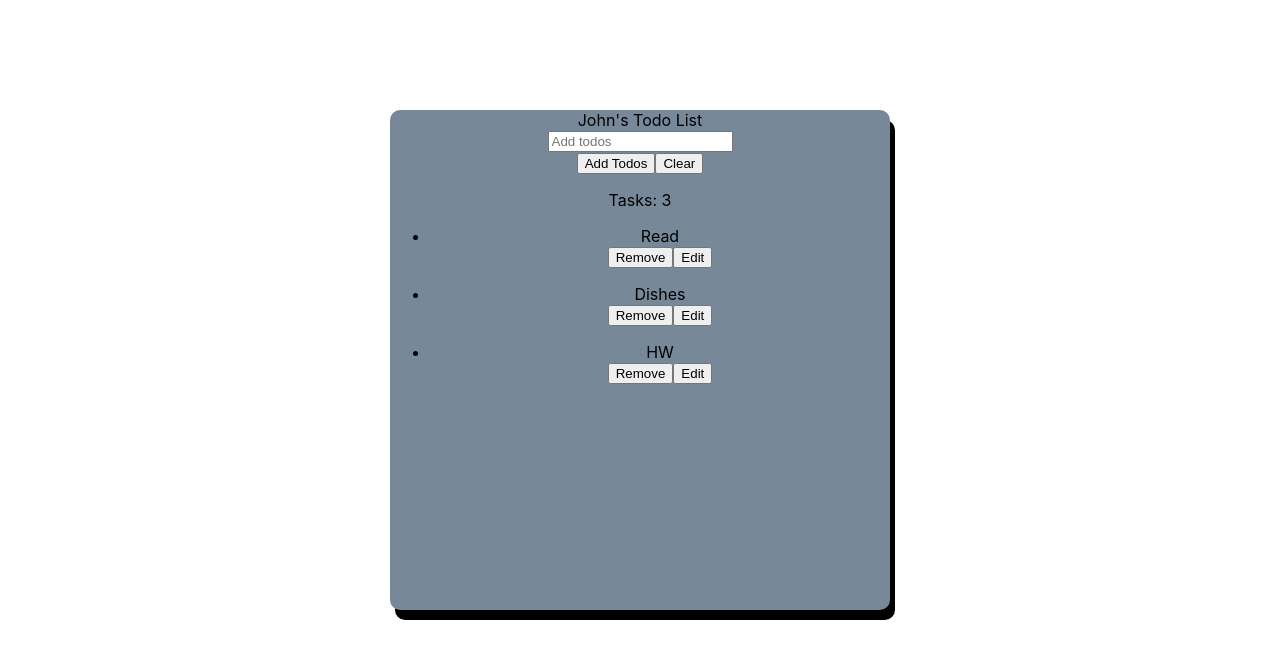
Repository: JohnKang0720/Simple-Todo-List
Page: /
An editor plug-in stored every save of this project. The page is shown before and after a run of saves, followed by the edit.
The browser window is 1280 px wide. The pictures show the whole page.
The project was rebuilt for these pictures with package versions that can differ from the ones it lists, and the page was loaded fresh each time.

Above is the page before, as saved 2021-05-27 18:40:50.

### src/App.js
import logo from './logo.svg';
import './App.css';
import TodoList from './TodoList'
import {taskContext} from './TodoList'
import React, {useContext, useState} from 'react'
import Todoform from './Todoform';


function App() {

  return (
    <TodoList >

    <div className="App">
     John's Todo List
   <Todoform />
    </div>
    </TodoList>

  );
}

export default App;

### src/App.css
.App {
  text-align: center;
}

.App-logo {
  height: 40vmin;
  pointer-events: none;
}

@media (prefers-reduced-motion: no-preference) {
  .App-logo {
    animation: App-logo-spin infinite 20s linear;
  }
}

.App-header {
  background-color: #282c34;
  min-height: 100vh;
  display: flex;
  flex-direction: column;
  align-items: center;
  justify-content: center;
  font-size: calc(10px + 2vmin);
  color: white;
}

.App-link {
  color: #61dafb;
}
body,html{
  width: 100%;
  height: 100%;
  display: flex;
  align-items: center;
  justify-content:center;
}
.App{
  background: lightslategray;
  width: 500px;
  height: 500px;
  position: relative;
  border-radius: 10px;
  box-shadow: 5px 10px;


}

@keyframes App-logo-spin {
  from {
    transform: rotate(0deg);
  }
  to {
    transform: rotate(360deg);
  }
}

### src/TodoList.js
import { DetectFacesTaskBase } from 'face-api.js'
import React, {useState, createContext} from 'react'
import Todoform from './Todoform'
import uuid from "uuid"

export const taskContext = createContext(null)
const TodoList = (props) => {

 const [input, setInput] = useState([
  {task: "Read", id: 0},
  {task: "Dishes", id: 1},
  {task: "HW", id: 2}
 ])

 function addTask(task){
setInput([...input, {task, id: 0 }  ])
 }
//  "task" along with the argument names the task off of e.target.value

function removeTask(id){
 setInput(input.filter(task => task.id !== id))
}
function clearTask(task){
   setInput([])
}

 return(
    <taskContext.Provider value = {{input, addTask, removeTask, clearTask}}>
    {props.children}
    </taskContext.Provider>
 )
}

export default TodoList

### src/Todoform.js
import React, {useContext, useState} from 'react'
import {taskContext} from './TodoList'
import List from './List'
import { DetectFacesTaskBase } from 'face-api.js'
function Todoform() {
    const {input, addTask, removeTask, clearTask} = useContext(taskContext)
    const [title, settitle] = useState('')
    const handleSubmit = (e) => {
      e.preventDefault();

      addTask(title)
      settitle('')
    }
    const handleChange = (e) => {

    settitle(e.target.value)


    }
    return (
        <div>
       <form onSubmit = {handleSubmit}>
           <input type = "text" placeholder = "Add todos" onChange = {handleChange} value = {title}/>
           <div>
           <button > Add Todos </button>
           <button onClick = {clearTask}> Clear </button>
           </div>
           <p> {`Tasks: ${input.length}`}</p>

       </form>

        <ul>

            {/* why does it have to be "input??" */}
            {input.map((task) => {
            return (

            <List task = {task} key = {task.id} remove = {removeTask} length = {input.length}/>


            )
            })}
        </ul>
        </div>
    )
}

export default Todoform

### src/List.js
import React, { useContext } from 'react'

function List({task, remove, length}) {


    return (
        <div>
        <li>
            <span> {task.task}</span>
            <div>
                <button onClick = {() => remove(task.id)}> Remove </button>
                <button> Edit </button>
            </div>
        </li>
      <p> {length < 1 ? "No Tasks" : ""} </p>
        </div>


    )
}

export default List

Loaded but not shown: public/index.html (common file); src/index.js (common file); src/index.css (common file); src/reportWebVitals.js (common file)

After the next 2 saves:
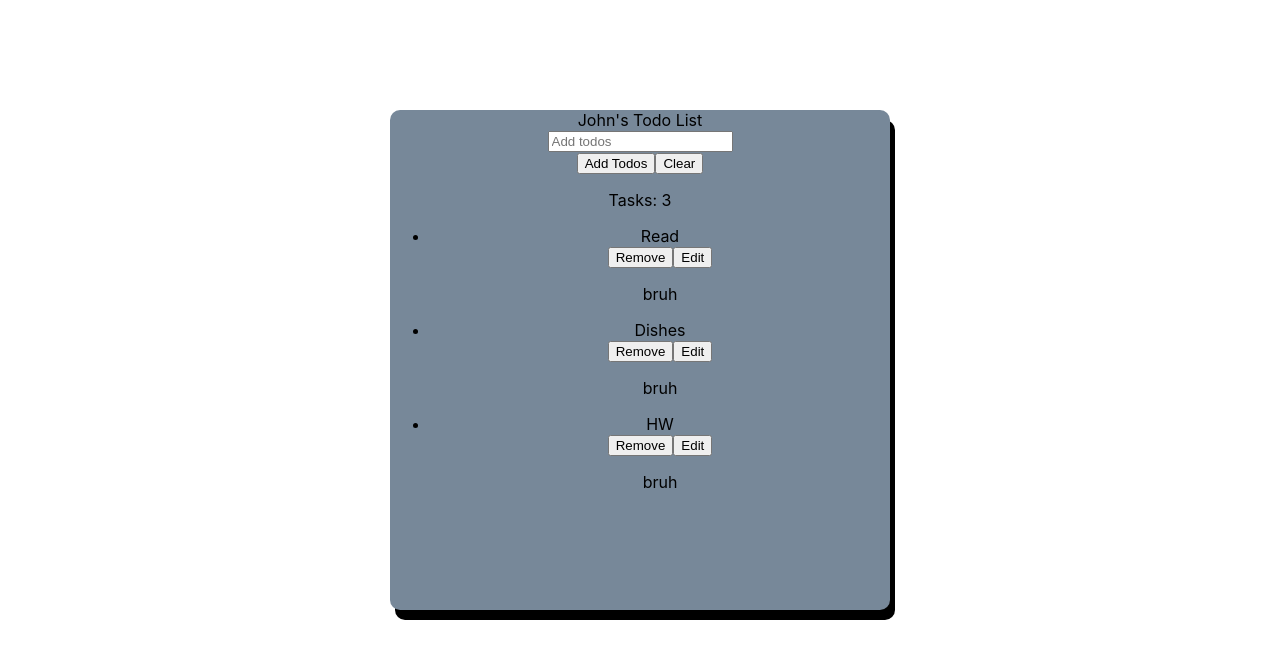
The 2 saves are shown as one change because they came seconds apart.
The last was saved 11 s later.
--- a/src/List.js
+++ b/src/List.js
@@ -12,7 +12,7 @@ function List({task, remove, length}) {
                 <button> Edit </button>
             </div>
         </li>
-      <p> {length < 1 ? "No Tasks" : ""} </p>
+      <p> {length < 3 ? "No Tasks" : "bruh"} </p>
         </div>
 
 
